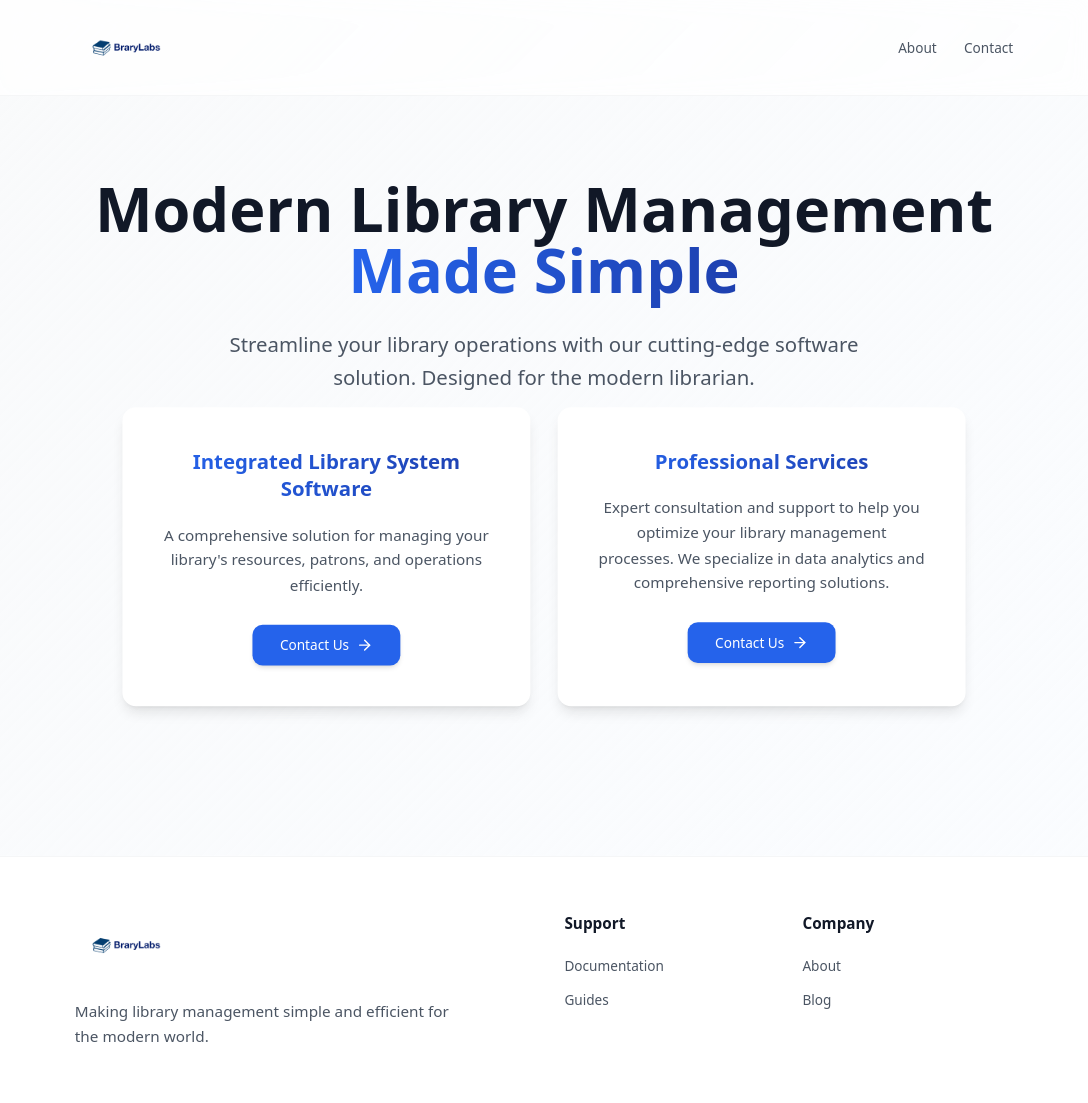
Repository: bgroble14/brarylabs-website
Page: /
These files come from the project's save history. The page is drawn as it stood at one moment and after the next save; the edit follows.
The browser window is 1280 px wide. The pictures show the whole page, at 85% of full size.
The project was rebuilt for these pictures with package versions that can differ from the ones it lists, and the page was loaded fresh each time. Also part of the build but not shown: vite.config.ts.

Above is the page before, as saved 2025-01-16 17:37:54.

### src/App.tsx
import React from 'react';
import { ArrowRight } from 'lucide-react';

interface SectionProps {
  title: string;
  description: string;
}

const Section: React.FC<SectionProps> = ({ title, description }) => (
  <div className="w-full p-12 bg-white rounded-2xl shadow-lg hover:shadow-xl transition-all duration-300 flex flex-col items-center text-center relative overflow-hidden group">
    <div className="absolute inset-0 bg-gradient-to-br from-blue-50/50 to-transparent opacity-0 group-hover:opacity-100 transition-opacity duration-300" />

    <div className="relative z-10">
      <h3 className="text-2xl font-semibold mb-6 bg-clip-text text-transparent bg-gradient-to-r from-blue-600 to-blue-800">
        {title}
      </h3>
      <p className="text-gray-600 mb-8 text-lg leading-relaxed max-w-md">
        {description}
      </p>
      <button className="bg-blue-600 text-white px-8 py-3 rounded-xl hover:bg-blue-700 flex items-center mx-auto font-medium shadow-md hover:shadow-lg transition-all duration-300 group/button">
        Contact Us
        <ArrowRight className="ml-2 h-5 w-5 transform group-hover/button:translate-x-1 transition-transform" />
      </button>
    </div>
  </div>
);

function App() {
  return (
    <div className="min-h-screen bg-gradient-to-br from-gray-50 to-blue-50/30">
      {/* Navigation */}
      <nav className="bg-white/80 backdrop-blur-md sticky top-0 z-50 border-b border-gray-100">
        <div className="max-w-6xl mx-auto px-6 py-4">
          <div className="flex justify-between items-center">
            <div className="flex items-center space-x-3">
              <div className="flex items-center group">
                <img
                  src="/logo-transparent.png"
                  alt="BraryLabs Logo"
                  className="h-20 w-auto transform group-hover:scale-110 transition-transform duration-300 mix-blend-multiply"
                />
              </div>
            </div>
            <div className="flex space-x-8">
              <a href="#about" className="text-gray-600 hover:text-blue-600 transition-colors font-medium">About</a>
              <a href="#contact" className="text-gray-600 hover:text-blue-600 transition-colors font-medium">Contact</a>
            </div>
          </div>
        </div>
      </nav>

      {/* Hero Section */}
      <div className="relative overflow-hidden">
        <div className="max-w-6xl mx-auto px-6 pt-24 pb-20">
          <div className="text-center relative z-10">
            <h1 className="text-5xl md:text-7xl font-bold mb-8 leading-tight">
              <span className="text-gray-900">Modern Library Management</span>
              <br />
              <span className="bg-clip-text text-transparent bg-gradient-to-r from-blue-600 to-blue-800">
                Made Simple
              </span>
            </h1>
            <p className="text-2xl text-gray-600 mb-4 max-w-3xl mx-auto font-medium leading-relaxed">
              Streamline your library operations with our cutting-edge software solution.
              Designed for the modern librarian.
            </p>

            {/* Service Sections */}
            <div className="grid md:grid-cols-2 gap-8 max-w-5xl mx-auto px-4">
              <Section
                title="Integrated Library System Software"
                description="A comprehensive solution for managing your library's resources, patrons, and operations efficiently."
              />
              <Section
                title="Professional Services"
                description="Expert consultation and support to help you optimize your library management processes. We specialize in data analytics and comprehensive reporting solutions."
              />
            </div>
          </div>
        </div>
      </div>

      {/* Footer */}
      <footer className="bg-white mt-24 border-t border-gray-100">
        <div className="max-w-6xl mx-auto px-6 py-16">
          <div className="grid md:grid-cols-2 gap-12">
            <div>
              <div className="flex items-center space-x-2 mb-6">
                <img
                  src="/logo-transparent.png"
                  alt="BraryLabs Logo"
                  className="h-20 w-auto mix-blend-multiply"
                />
              </div>
              <p className="text-gray-600 text-lg leading-relaxed max-w-md">
                Making library management simple and efficient for the modern world.
              </p>
            </div>
            <div className="grid grid-cols-2 gap-8">
              <div>
                <h3 className="font-semibold text-lg mb-6 text-gray-900">Support</h3>
                <ul className="space-y-4">
                  <li>
                    <a href="#docs" className="text-gray-600 hover:text-blue-600 transition-colors">
                      Documentation
                    </a>
                  </li>
                  <li>
                    <a href="#guides" className="text-gray-600 hover:text-blue-600 transition-colors">
                      Guides
                    </a>
                  </li>
                </ul>
              </div>
              <div>
                <h3 className="font-semibold text-lg mb-6 text-gray-900">Company</h3>
                <ul className="space-y-4">
                  <li>
                    <a href="#about" className="text-gray-600 hover:text-blue-600 transition-colors">
                      About
                    </a>
                  </li>
                  <li>
                    <a href="#blog" className="text-gray-600 hover:text-blue-600 transition-colors">
                      Blog
                    </a>
                  </li>
                </ul>
              </div>
            </div>
          </div>
        </div>
      </footer>
    </div>
  );
}

export default App;

Loaded but not shown: index.html (common file); src/main.tsx (common file); src/index.css (common file); tailwind.config.js (common file)

After the next save:
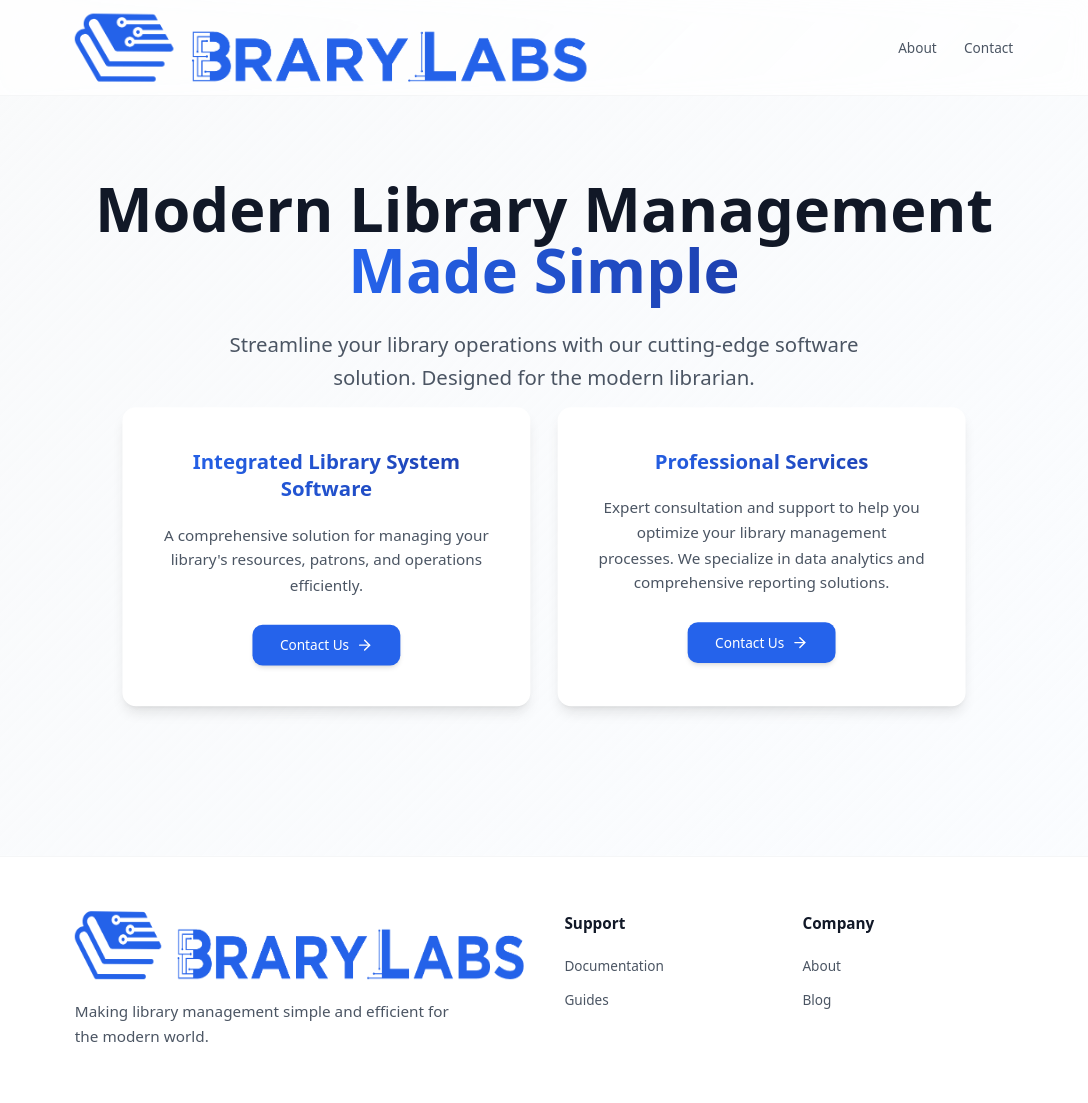
Saved 62 days later.
--- a/src/App.tsx
+++ b/src/App.tsx
@@ -35,7 +35,7 @@ function App() {
             <div className="flex items-center space-x-3">
               <div className="flex items-center group">
                 <img
-                  src="/logo-transparent.png"
+                  src="/BraryLabs_v2_Color.png"
                   alt="BraryLabs Logo"
                   className="h-20 w-auto transform group-hover:scale-110 transition-transform duration-300 mix-blend-multiply"
                 />
@@ -87,7 +87,7 @@ function App() {
             <div>
               <div className="flex items-center space-x-2 mb-6">
                 <img
-                  src="/logo-transparent.png"
+                  src="/BraryLabs_v2_Color.png"
                   alt="BraryLabs Logo"
                   className="h-20 w-auto mix-blend-multiply"
                 />
